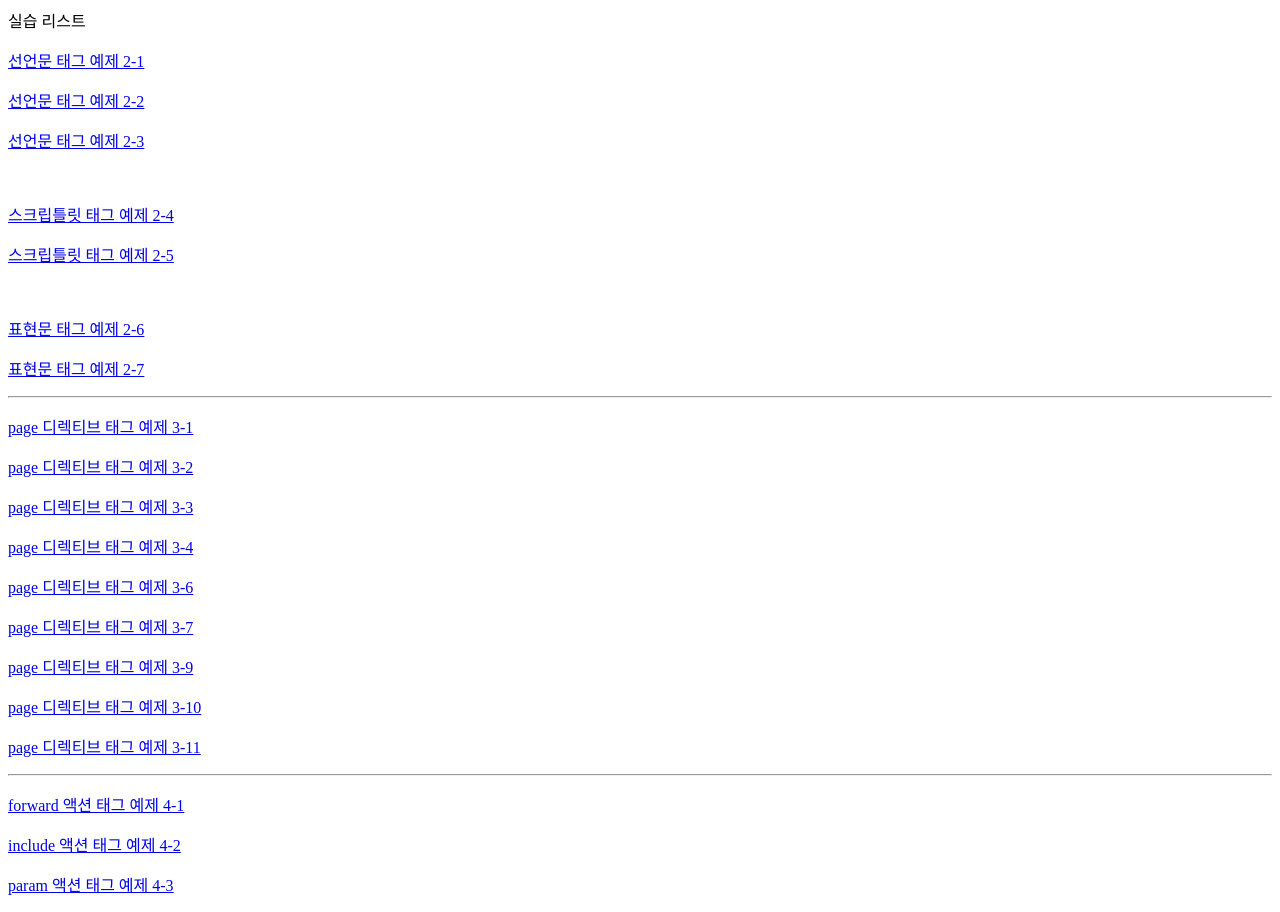
Repository: man332414/myJspStudy
Page: http://localhost/jspbook/
These files come from the project's save history. The page is drawn as it stood at one moment and after the next save; the edit follows.
The browser window is 1280 px wide. The pictures show the whole page.
The page is served by Tomcat 10. Nobody is signed in. The application's start-up code is not run. Other server files are loaded and not shown.

Above is the page before, as saved 2024-10-10 02:11:26.

### jspbook/src/main/webapp/index.jsp
<%@ page language="java" contentType="text/html; charset=UTF-8"
    pageEncoding="UTF-8"%>
<!DOCTYPE html>
<html>
<head>
<meta charset="UTF-8">
<title>어서와 집이야</title>
</head>
<body>
	실습 리스트
	<p><a href = "2_1"> 선언문 태그 예제 2-1</a></p>
	<p><a href = "2_2"> 선언문 태그 예제 2-2</a></p>
	<p><a href = "2_3"> 선언문 태그 예제 2-3</a></p>
	<br>
	<p><a href = "2_4"> 스크립틀릿 태그 예제 2-4</a></p>
	<p><a href = "2_5"> 스크립틀릿 태그 예제 2-5</a></p>
	<br>
	<p><a href = "2_6"> 표현문 태그 예제 2-6</a></p>
	<p><a href = "2_7"> 표현문 태그 예제 2-7</a></p>
	<hr>
	<p><a href = "3_1"> page 디렉티브 태그 예제 3-1</a></p>
	<p><a href = "3_2"> page 디렉티브 태그 예제 3-2</a></p>
	<p><a href = "3_3"> page 디렉티브 태그 예제 3-3</a></p>
	<p><a href = "3_4"> page 디렉티브 태그 예제 3-4</a></p>
	<p><a href = "3_6"> page 디렉티브 태그 예제 3-6</a></p>
	<p><a href = "3_7"> page 디렉티브 태그 예제 3-7</a></p>
	<p><a href = "3_9"> page 디렉티브 태그 예제 3-9</a></p>
	<p><a href = "3_10"> page 디렉티브 태그 예제 3-10</a></p>
	<p><a href = "3_11"> page 디렉티브 태그 예제 3-11</a></p>
	<hr>
	<p><a href = "4_1"> forward 액션 태그 예제 4-1</a></p>
	<p><a href = "4_2"> include 액션 태그 예제 4-2</a></p>
	<p><a href = "4_3"> param 액션 태그 예제 4-3</a>


</body>
</html>

After the next save:
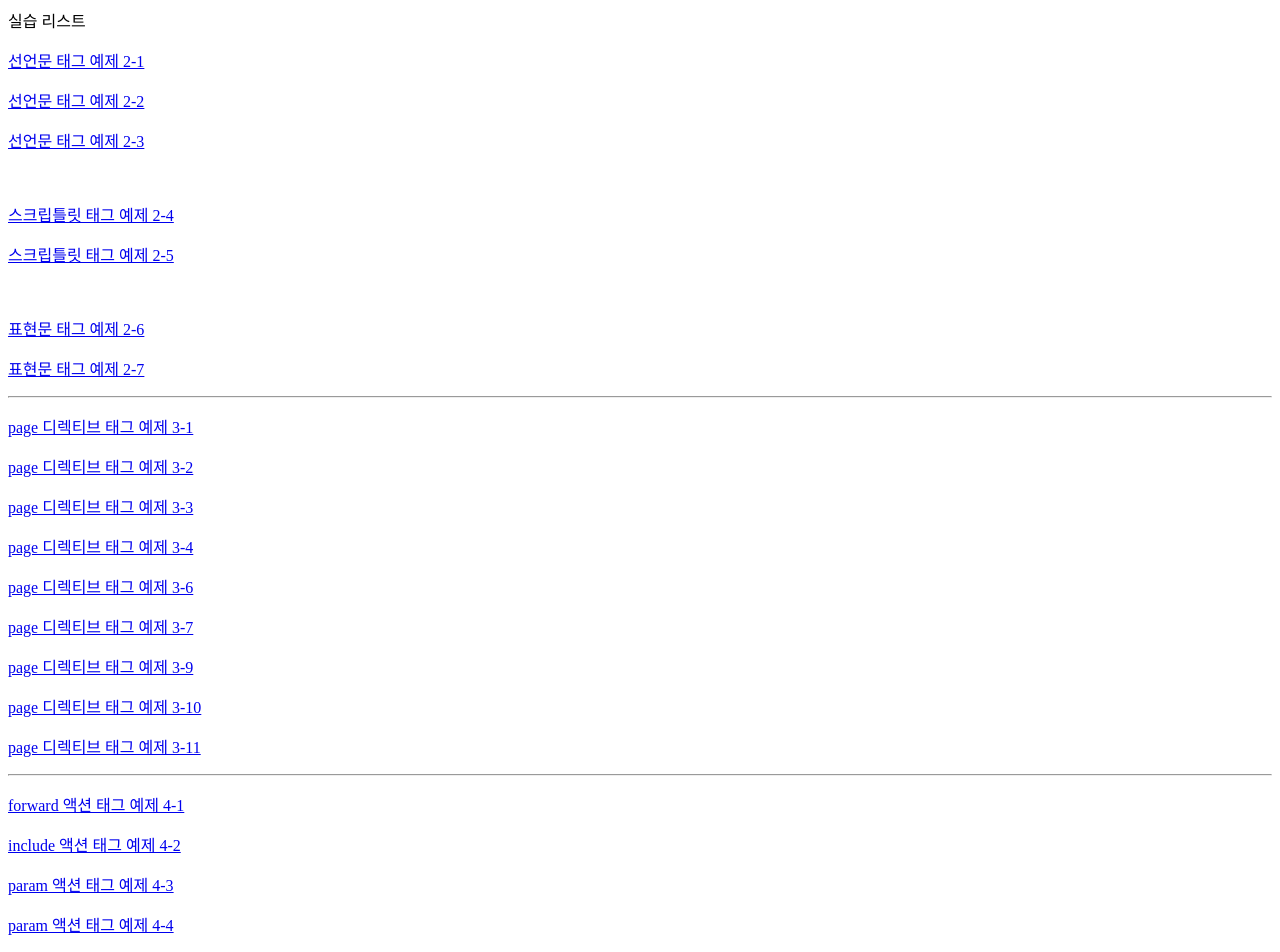
Saved 51 s later.
--- a/jspbook/src/main/webapp/index.jsp
+++ b/jspbook/src/main/webapp/index.jsp
@@ -31,6 +31,7 @@
 	<p><a href = "4_1"> forward 액션 태그 예제 4-1</a></p>
 	<p><a href = "4_2"> include 액션 태그 예제 4-2</a></p>
 	<p><a href = "4_3"> param 액션 태그 예제 4-3</a>
+	<p><a href = "4_4"> param 액션 태그 예제 4-4</a>
 
 
 </body>
